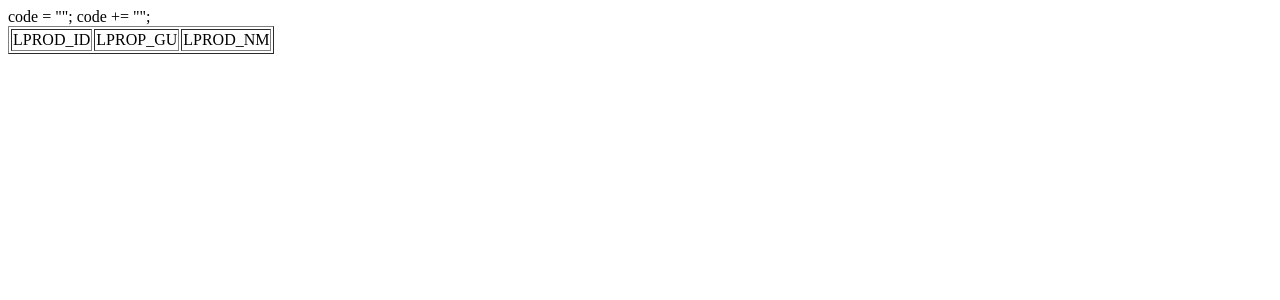
Repository: jinsoo115/jquery
Page: http://localhost/jqpro/0203/lprodtable.jsp
The author's editor kept a copy of each file at every save. The page is drawn from the files as they stood at one save, then again after the next save.
The browser window is 1280 px wide. The pictures show the whole page.
The page is served by Tomcat 9. Other server files are loaded and not shown. Queries for data that is not in the repository find no rows.

Above is the page before, as saved 2021-02-03 02:22:41.

### jqpro/WebContent/0203/lprodtable.jsp
<%@page import="kr.or.ddit.lprod.LprodVO"%>
<%@page import="java.util.List"%>
<%@page import="kr.or.ddit.ibatis.config.SqlMapClientFactory"%>
<%@page import="com.ibatis.sqlmap.client.SqlMapClient"%>
<%@ page language="java" contentType="text/html; charset=UTF-8" pageEncoding="UTF-8"%>
<%
	SqlMapClient smc = SqlMapClientFactory.getClient();

List<LprodVO> list = smc.queryForList("lprod.selectLprod");
%>
code = "<table border='1'>";
code += "<tr id='f1'><td>LPROD_ID</td><td>LPROP_GU</td><td>LPROD_NM</td></tr>";
<%
	for(int i = 0; i < list.size(); i++){
		LprodVO vo = list.get(i);

%>
<%
	}
%>

### jqpro/res/kr/or/ddit/ibatis/config/SqlMapClientFactory.java
package kr.or.ddit.ibatis.config;

import java.io.Reader;
import java.nio.charset.Charset;

import com.ibatis.common.resources.Resources;
import com.ibatis.sqlmap.client.SqlMapClient;
import com.ibatis.sqlmap.client.SqlMapClientBuilder;

public class SqlMapClientFactory {
	private static SqlMapClient smc;
	static {
		try {
			// 1-1. 문자 인코딩 캐릭터셋 설정
			Charset charset = Charset.forName("UTF-8");
			Resources.setCharset(charset);

			// 1-2. 환경 설정 파일 읽어오기
			Reader rd = Resources.getResourceAsReader("kr/or/ddit/ibatis/config/sqlMapConfig.xml");

			// 1-3. 위에서 읽어온 Reader객체를 이용하여 실제 환경 설정을
			//		진행한 후 SQL문을 호출해서 실행할 객체를 생성한다.
			smc = SqlMapClientBuilder.buildSqlMapClient(rd);
			rd.close();
		} catch(Exception e){
			e.printStackTrace();
		}
	}


	public static SqlMapClient getClient(){
		return smc;
	}
}

### jqpro/src/kr/or/ddit/member/MemberVO.java
package kr.or.ddit.member;

public class MemberVO {
	private String mem_id;
	private String mem_name;
	private String mem_hp;
	private String mem_mail;
	public String getMem_id() {
		return mem_id;
	}
	public void setMem_id(String mem_id) {
		this.mem_id = mem_id;
	}
	public String getMem_name() {
		return mem_name;
	}
	public void setMem_name(String mem_name) {
		this.mem_name = mem_name;
	}
	public String getMem_hp() {
		return mem_hp;
	}
	public void setMem_hp(String mem_hp) {
		this.mem_hp = mem_hp;
	}
	public String getMem_mail() {
		return mem_mail;
	}
	public void setMem_mail(String mem_mail) {
		this.mem_mail = mem_mail;
	}


}

### jqpro/src/kr/or/ddit/lprod/LprodVO.java
package kr.or.ddit.lprod;

public class LprodVO {
	private int lprod_id;
	private String lprod_gu;
	private String lprod_nm;
	public int getLprod_id() {
		return lprod_id;
	}
	public void setLprod_id(int lprod_id) {
		this.lprod_id = lprod_id;
	}
	public String getLprod_gu() {
		return lprod_gu;
	}
	public void setLprod_gu(String lprod_gu) {
		this.lprod_gu = lprod_gu;
	}
	public String getLprod_nm() {
		return lprod_nm;
	}
	public void setLprod_nm(String lprod_nm) {
		this.lprod_nm = lprod_nm;
	}


}

After the next save:
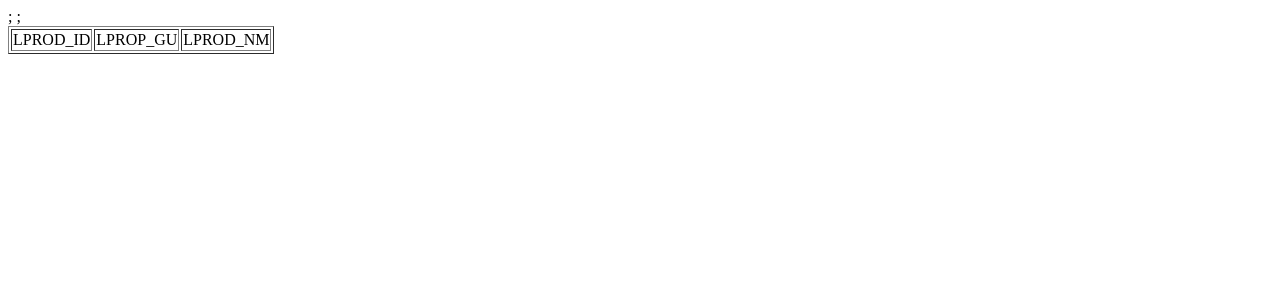
Saved 17 s later.
--- a/jqpro/WebContent/0203/lprodtable.jsp
+++ b/jqpro/WebContent/0203/lprodtable.jsp
@@ -8,8 +8,8 @@
 
 List<LprodVO> list = smc.queryForList("lprod.selectLprod");
 %>
-code = "<table border='1'>";
-code += "<tr id='f1'><td>LPROD_ID</td><td>LPROP_GU</td><td>LPROD_NM</td></tr>";
+<table border='1'>;
+<tr id='f1'><td>LPROD_ID</td><td>LPROP_GU</td><td>LPROD_NM</td></tr>;
 <%
 	for(int i = 0; i < list.size(); i++){
 		LprodVO vo = list.get(i);
@@ -18,3 +18,4 @@ code += "<tr id='f1'><td>LPROD_ID</td><td>LPROP_GU</td><td>LPROD_NM</td></tr>";
 <%
 	}
 %>
+</table>
